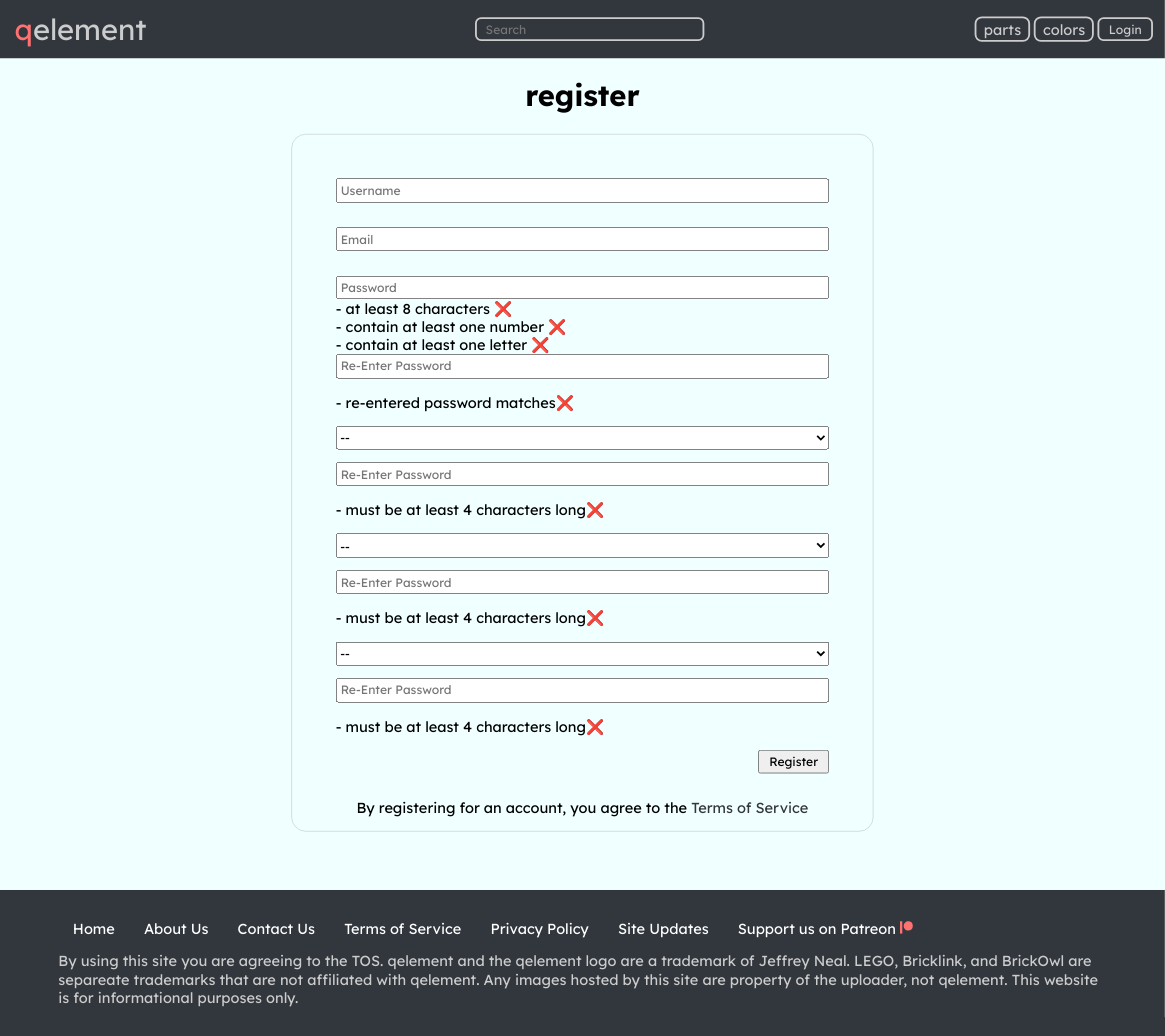
Repository: ToastBubbles/qelement-web
Page: /register
An editor plug-in stored every save of this project. The page is shown before and after a run of saves, followed by the edit.
The browser window is 1280 px wide. The pictures show the whole page, at 91% of full size.
The project was rebuilt for these pictures with package versions that can differ from the ones it lists, and the page was loaded fresh each time. Also part of the build but not shown: vite.config.ts, src/components/NavbarPopdown.tsx, src/components/ProtectedRoute.tsx, src/components/AllColors.tsx, src/views/colors/AllColorsView.tsx, src/components/LoadingPage.tsx, src/components/RecentQPart.tsx, src/components/AllColorParts.tsx and 61 more.

Above is the page before, as saved 2023-11-09 09:46:00.

After the next 4 saves:
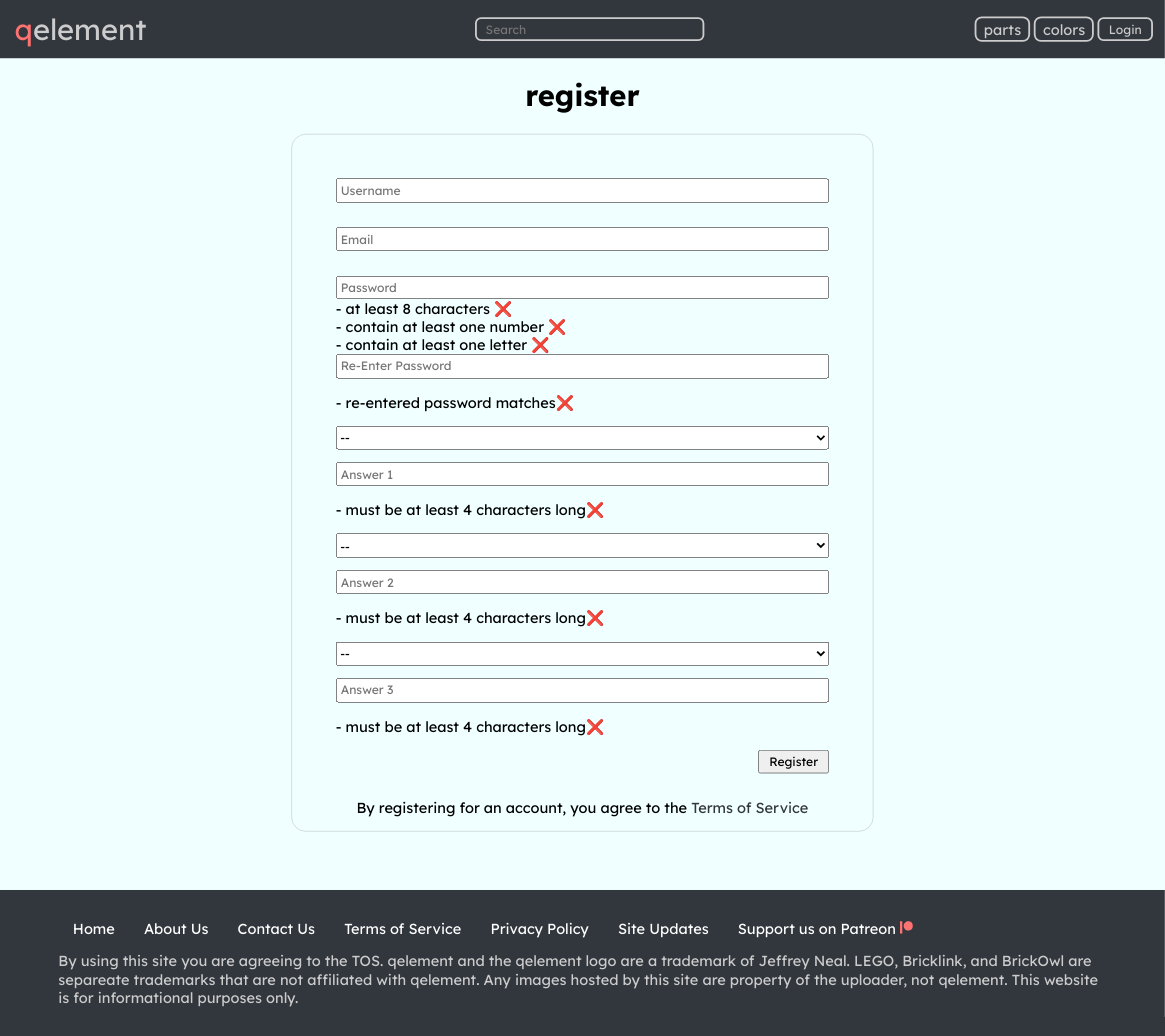
The 4 saves are shown as one change because they came seconds apart.
The last was saved 34 s later.
--- a/src/views/generic/Register.tsx
+++ b/src/views/generic/Register.tsx
@@ -181,7 +181,7 @@ export default function Register() {
           </select>
           <input
             id="repassword-reg"
-            placeholder="Re-Enter Password"
+            placeholder="Answer 1"
             type="password"
             onChange={(e) => setPassMatch(e.target.value)}
           />
@@ -210,7 +210,7 @@ export default function Register() {
           </select>
           <input
             id="repassword-reg"
-            placeholder="Re-Enter Password"
+            placeholder="Answer 2"
             type="password"
             onChange={(e) => setPassMatch(e.target.value)}
           />
@@ -239,7 +239,7 @@ export default function Register() {
           </select>
           <input
             id="repassword-reg"
-            placeholder="Re-Enter Password"
+            placeholder="Answer 3"
             type="password"
             onChange={(e) => setPassMatch(e.target.value)}
           />
